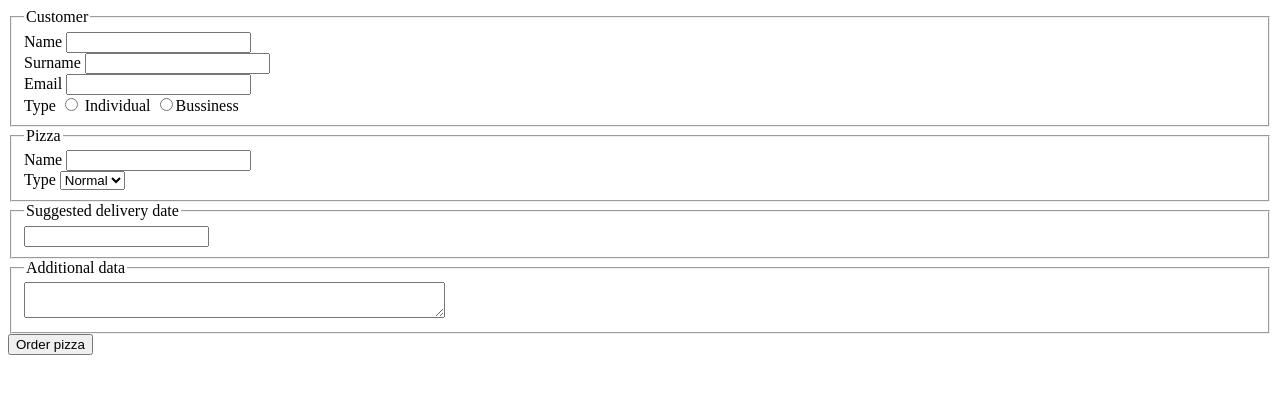
Repository: lukas77pro/html_css_js
Page: html/Test/WebContent/Formularz.html
The author's editor kept a copy of each file at every save. The page is drawn from the files as they stood at one save, then again after the next save.
The browser window is 1280 px wide. The pictures show the whole page.

Above is the page before, as saved 2015-07-10 11:51:43.

After the next save:
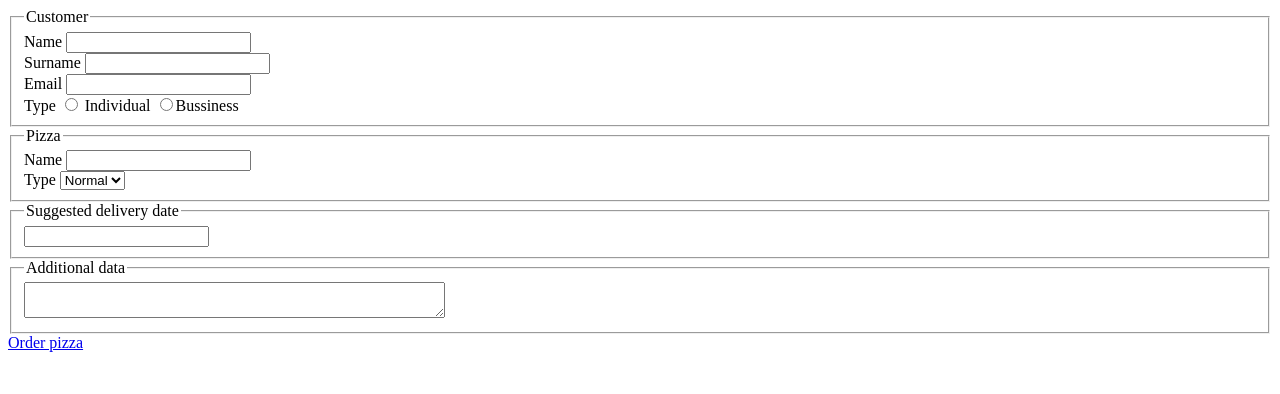
Saved 45 s later.
--- a/html/Test/WebContent/Formularz.html
+++ b/html/Test/WebContent/Formularz.html
@@ -51,6 +51,6 @@
 		<legend>Additional data</legend>
 		<textarea name="textarea" rows="2" cols="50"></textarea>
 	</fieldset>
-	<button name="button">Order pizza</button>
+	<a href="http://google.com" class="button">Order pizza</a>
 </body>
 </html>
